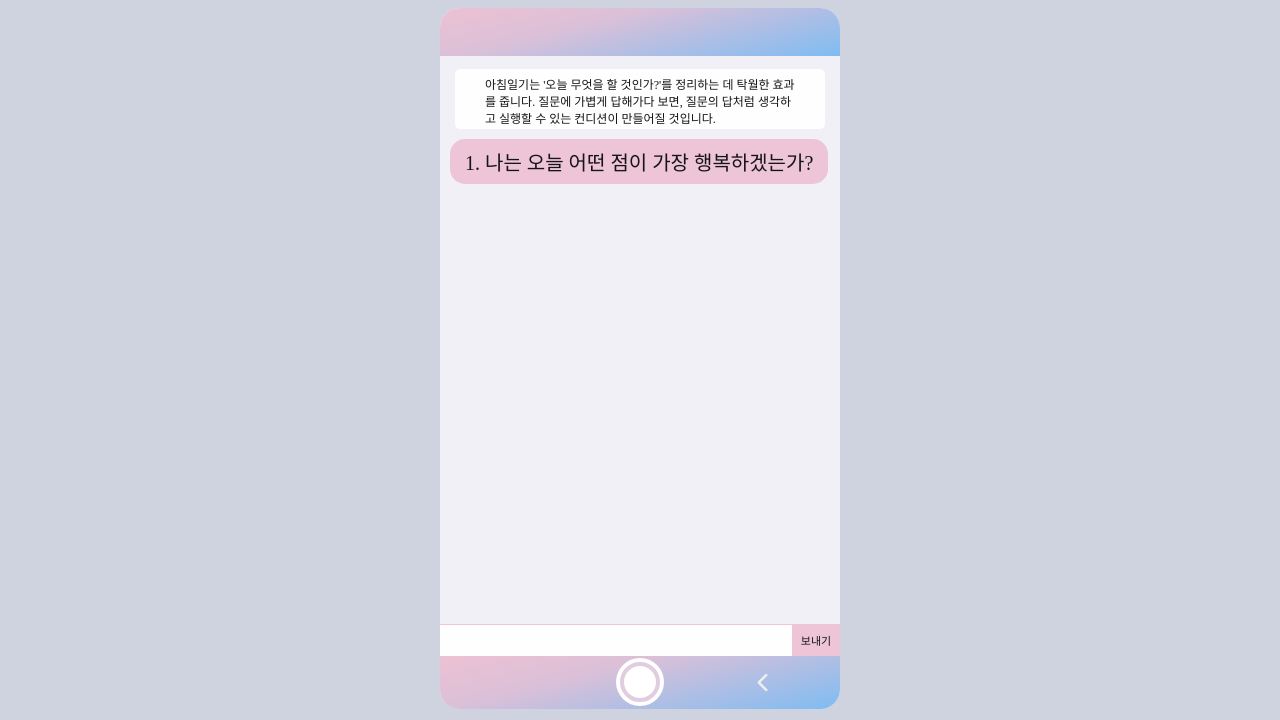
Repository: jinhee196/diary
Page: index.html
These files come from the project's save history. The page is drawn as it stood at one moment and after the next save; the edit follows.
The browser window is 1280 px wide. The pictures show the whole page.
After loading, the first visible `button.note2` was clicked once.
Some web fonts or font styles are not loaded; a fallback is used. Some web libraries are served in a nearby version.

Above is the page before, as saved 2021-06-05 16:53:56.

After the next save:
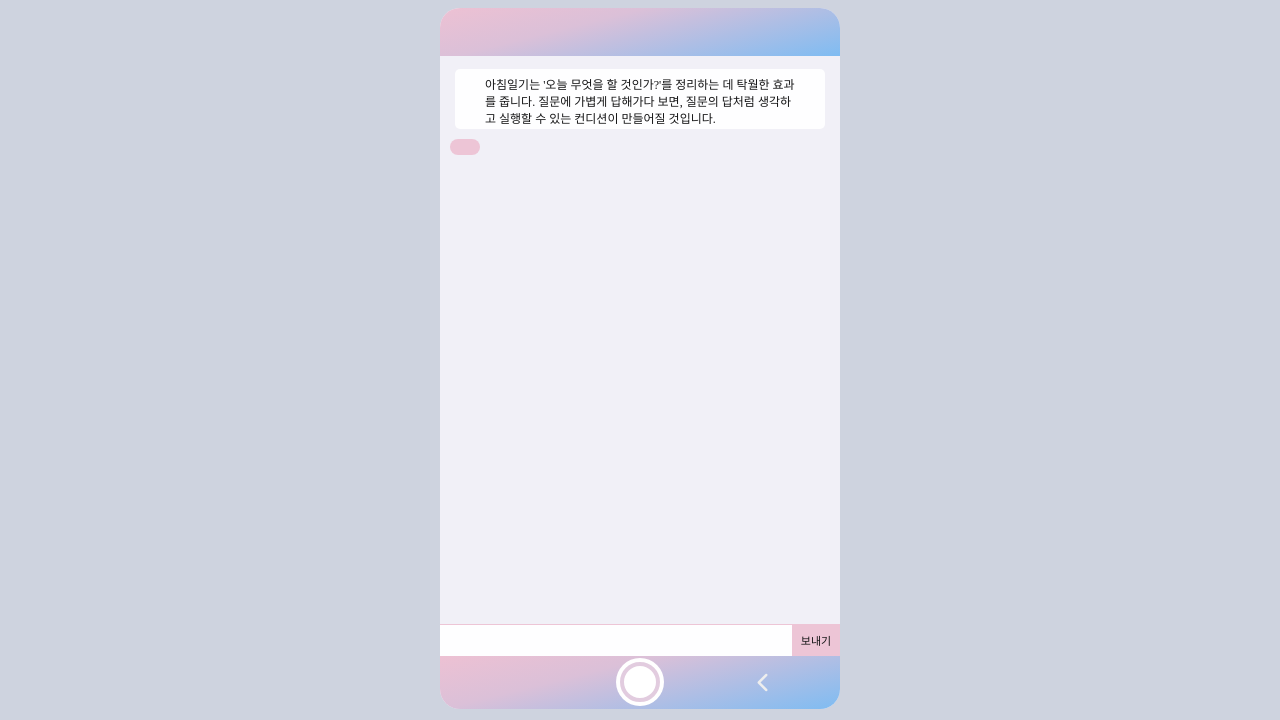
Console error: ReferenceError: i is not defined
Saved 82 s later.
--- a/js/main.js
+++ b/js/main.js
@@ -42,18 +42,20 @@
 
 function goNext(){
 
+      for(let i = 0; i < morningList.length; i++){
 
+      }
       const item = document.createElement('li');
     item.setAttribute('class', 'item');
     items.appendChild(item);
 
-    let i = 0;
+
     if(addBtn.addEventListener || input.addEventListener){
       item.innerHTML = morningList[i].q;
 
     }
 
-    i++;
+
 
 
   }

After the save that followed:
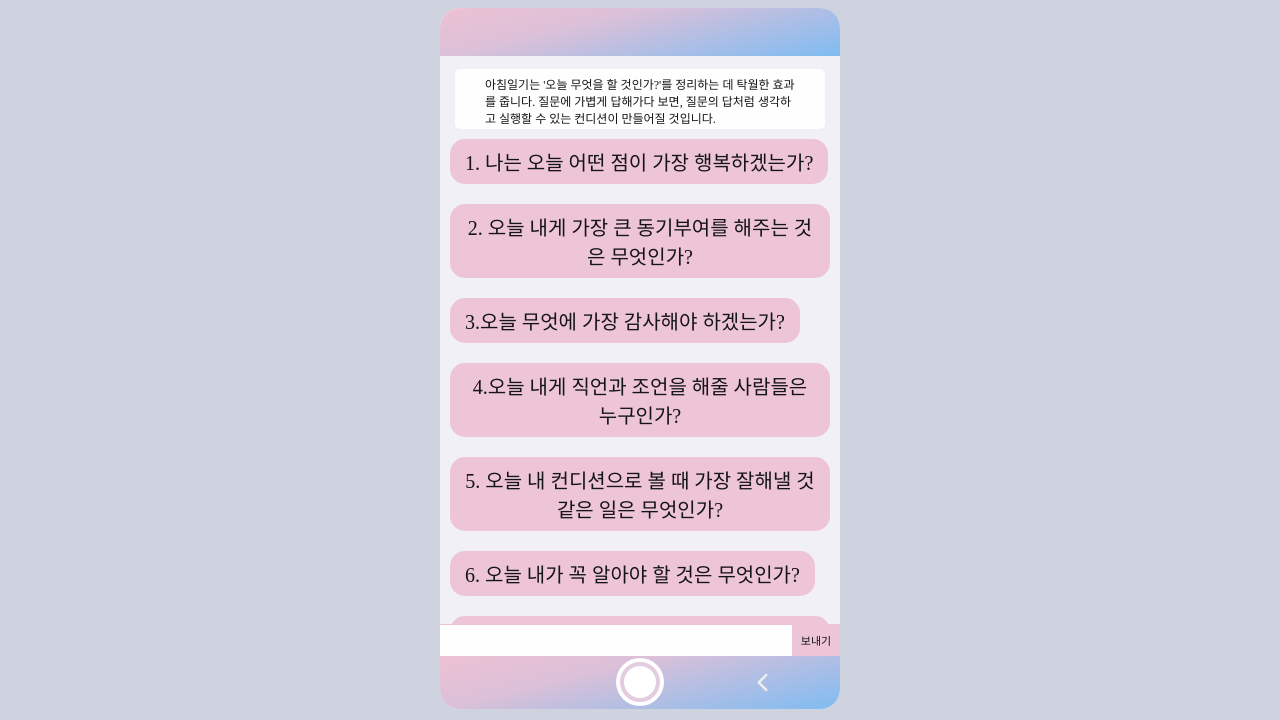
The error is gone.
Saved 9 s later.
--- a/js/main.js
+++ b/js/main.js
@@ -43,17 +43,17 @@
 function goNext(){
 
       for(let i = 0; i < morningList.length; i++){
-
-      }
-      const item = document.createElement('li');
-    item.setAttribute('class', 'item');
-    items.appendChild(item);
+        const item = document.createElement('li');
+        item.setAttribute('class', 'item');
+        items.appendChild(item);
 
 
-    if(addBtn.addEventListener || input.addEventListener){
-      item.innerHTML = morningList[i].q;
+        if(addBtn.addEventListener || input.addEventListener){
+          item.innerHTML = morningList[i].q;
 
-    }
+        }
+      }
+
 
 
 
